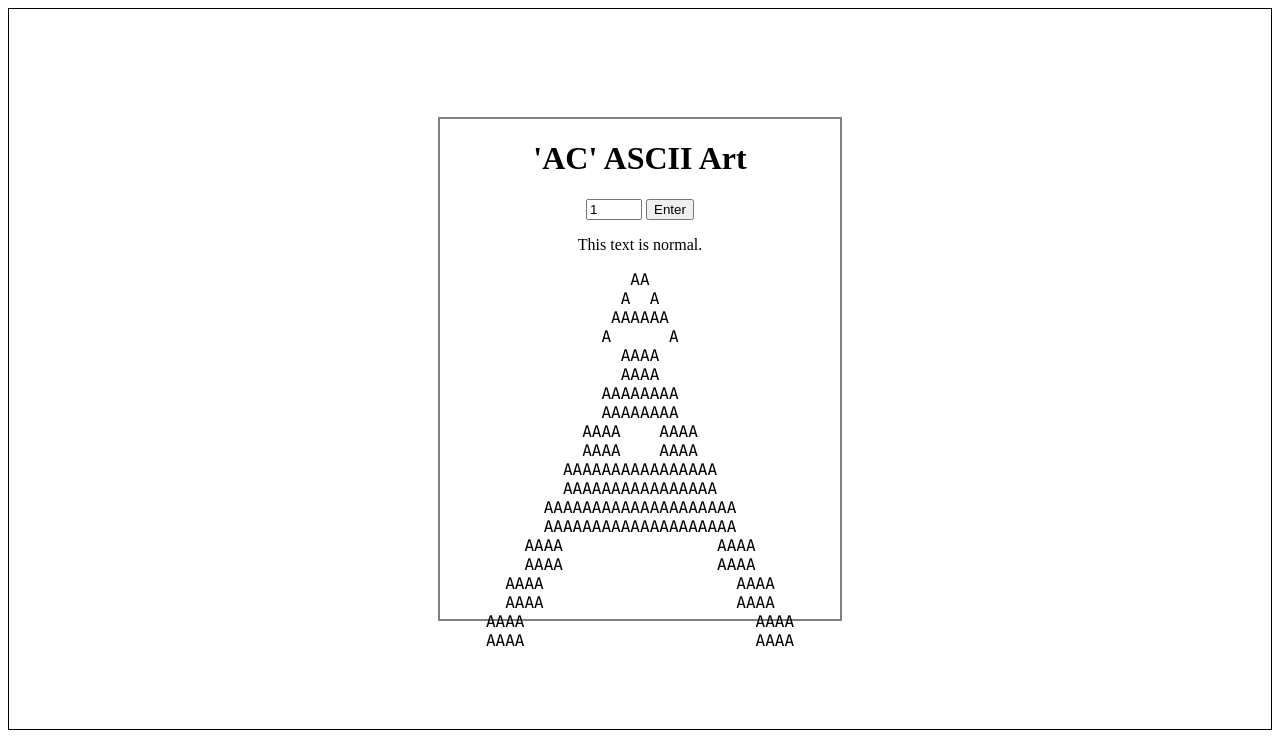
Repository: Achorn/ascii-art
Page: index.html
These files come from the project's save history. The page is drawn as it stood at one moment and after the next save; the edit follows.
The browser window is 1280 px wide. The pictures show the whole page.

Above is the page before, as saved 2021-08-09 16:50:18.

After the next save:
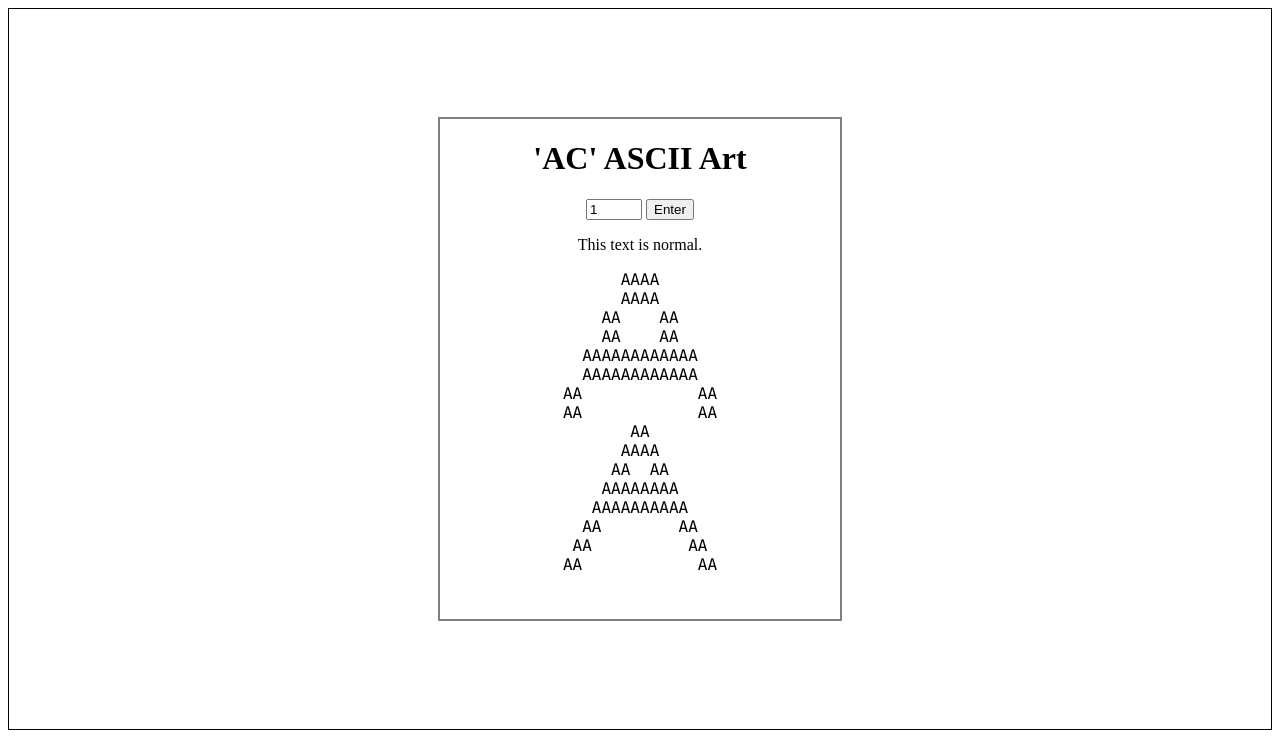
Saved 14 s later.
--- a/myscripts.js
+++ b/myscripts.js
@@ -188,5 +188,5 @@ function trimA(arr, lWidth) {
 let mono = document.getElementById("mono");
 console.log(mono.innerHTML);
 
-mono.innerHTML = arrToString(scaleSpread(four, 1));
-mono.innerHTML += arrToString(scaleSpread(eight, 2));
+mono.innerHTML = arrToString(scaleSpread(four, 2));
+mono.innerHTML += arrToString(scaleSpread(eight, 1));
